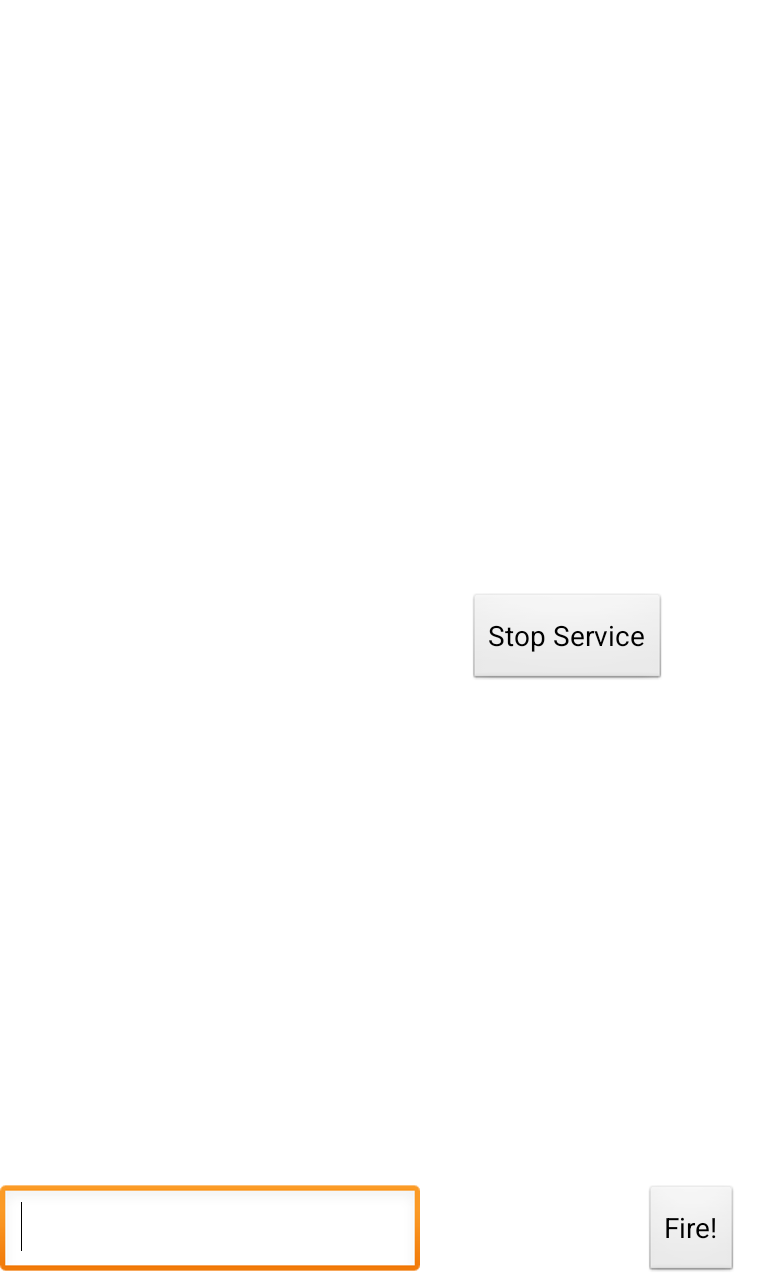
Repository: terraego/Wifidroid
Layout: server/res/layout/activity_wifi_droid_server.xml
The author's editor kept a copy of each file at every save. The layout is drawn from the files as they stood at one save, then again after the next save.
It is drawn on a 768 x 1280 px phone screen (xhdpi) without system bars, with theme AppTheme; the app's code is not run.

Above is the layout before, as saved 2012-07-06 14:58:21.

After the next save:
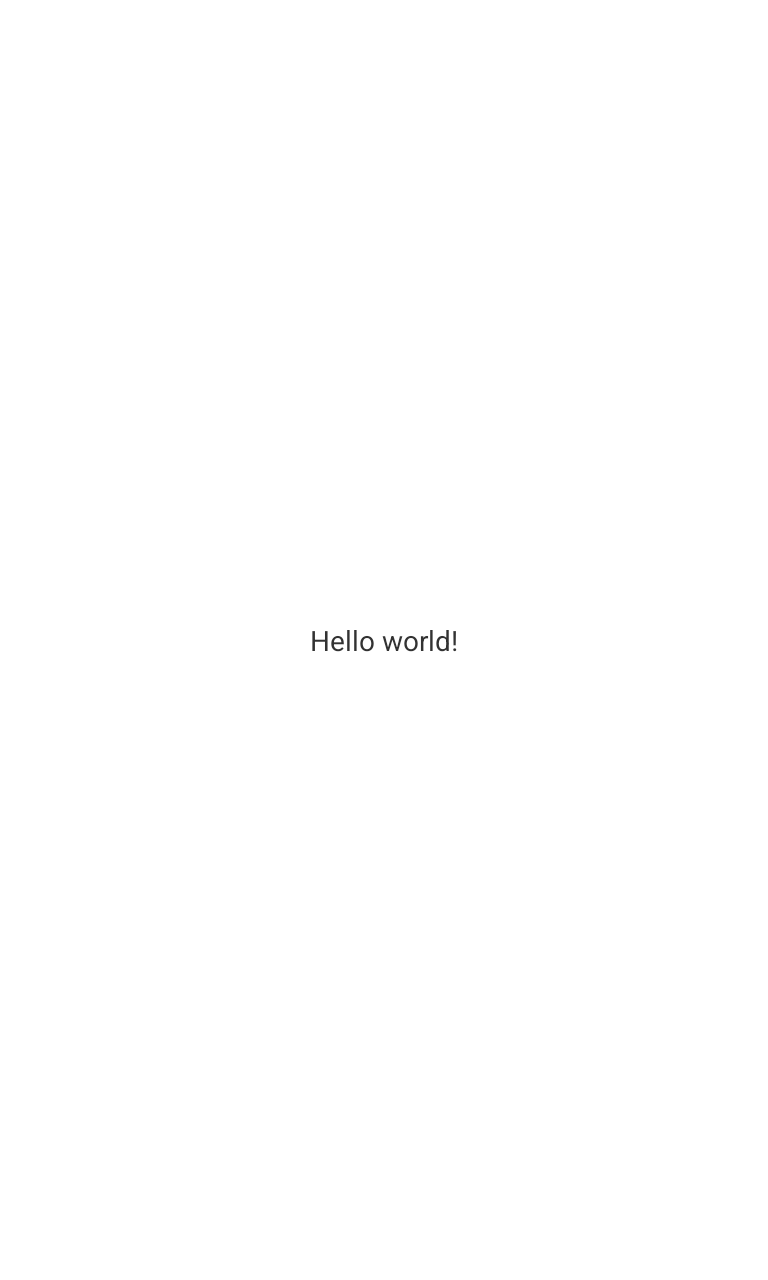
Saved 77 s later.
--- a/server/res/layout/activity_wifi_droid_server.xml
+++ b/server/res/layout/activity_wifi_droid_server.xml
@@ -3,44 +3,13 @@
     android:layout_width="match_parent"
     android:layout_height="match_parent" >
 
-    <Button
-        android:id="@+id/stopService"
+    <TextView
         android:layout_width="wrap_content"
         android:layout_height="wrap_content"
-        android:layout_alignParentRight="true"
+        android:layout_centerHorizontal="true"
         android:layout_centerVertical="true"
-        android:layout_marginRight="50dp"
-        android:text="@string/StopService" />
-
-    <EditText
-        android:id="@+id/editText1"
-        android:layout_width="wrap_content"
-        android:layout_height="wrap_content"
-        android:layout_alignParentBottom="true"
-        android:layout_alignParentLeft="true"
-        android:ems="10"
-        android:inputType="textMultiLine" >
-
-        <requestFocus />
-    </EditText>
-
-    <Button
-        android:id="@+id/button3"
-        android:layout_width="wrap_content"
-        android:layout_height="wrap_content"
-        android:layout_alignParentBottom="true"
-        android:layout_alignParentRight="true"
-        android:layout_marginRight="14dp"
-        android:text="Fire!" />
-
-    <include
-        android:id="@+id/startService_ref"
-        android:layout_width="wrap_content"
-        android:layout_height="wrap_content"
-        android:layout_alignBaseline="@+id/stopService"
-        android:layout_alignBottom="@+id/stopService"
-        android:layout_marginRight="16dp"
-        android:layout_toLeftOf="@+id/stopService"
-	/>
+        android:padding="@dimen/padding_medium"
+        android:text="@string/hello_world"
+        tools:context=".WifiDroidServerActivity" />
 
 </RelativeLayout>

After the save that followed:
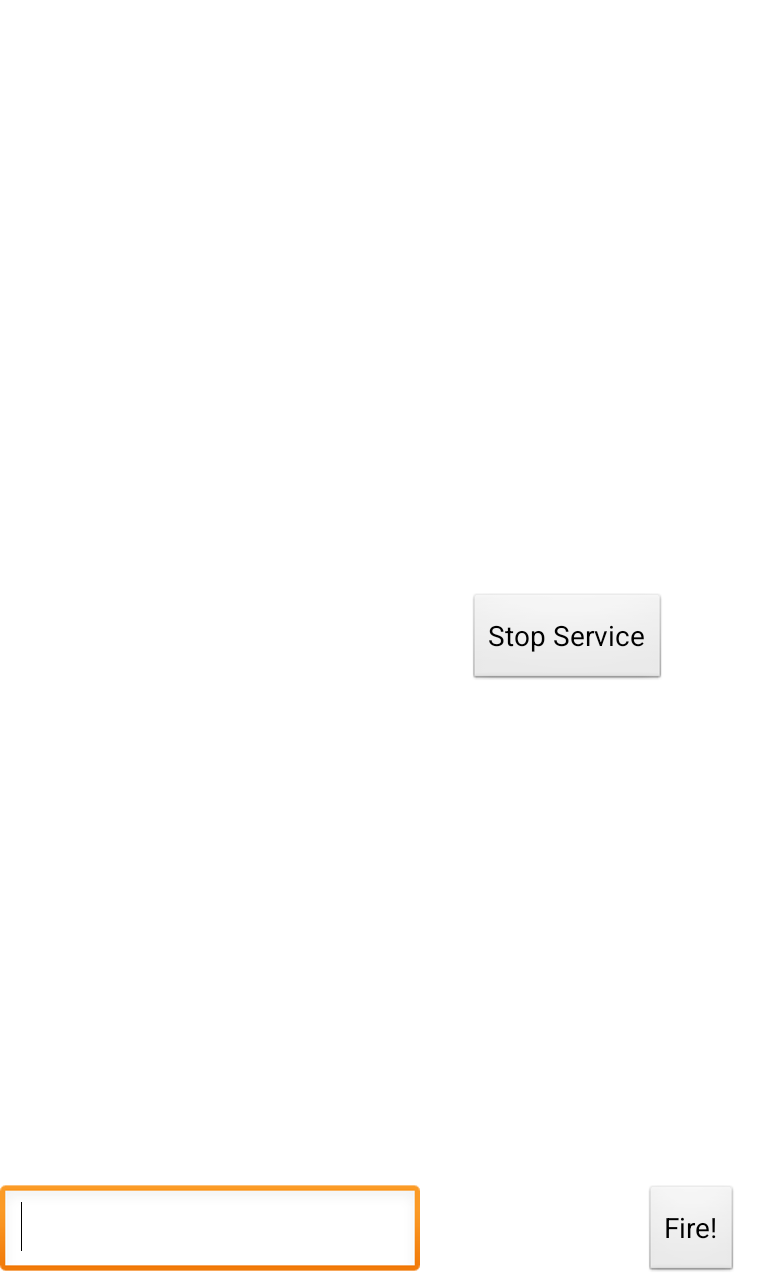
Saved 23 s later.
--- a/server/res/layout/activity_wifi_droid_server.xml
+++ b/server/res/layout/activity_wifi_droid_server.xml
@@ -3,13 +3,44 @@
     android:layout_width="match_parent"
     android:layout_height="match_parent" >
 
-    <TextView
+    <Button
+        android:id="@+id/stopService"
         android:layout_width="wrap_content"
         android:layout_height="wrap_content"
-        android:layout_centerHorizontal="true"
+        android:layout_alignParentRight="true"
         android:layout_centerVertical="true"
-        android:padding="@dimen/padding_medium"
-        android:text="@string/hello_world"
-        tools:context=".WifiDroidServerActivity" />
+        android:layout_marginRight="50dp"
+        android:text="@string/StopService" />
+
+    <EditText
+        android:id="@+id/editText1"
+        android:layout_width="wrap_content"
+        android:layout_height="wrap_content"
+        android:layout_alignParentBottom="true"
+        android:layout_alignParentLeft="true"
+        android:ems="10"
+        android:inputType="textMultiLine" >
+
+        <requestFocus />
+    </EditText>
+
+    <Button
+        android:id="@+id/button3"
+        android:layout_width="wrap_content"
+        android:layout_height="wrap_content"
+        android:layout_alignParentBottom="true"
+        android:layout_alignParentRight="true"
+        android:layout_marginRight="14dp"
+        android:text="Fire!" />
+
+    <include
+        android:id="@+id/startService_ref"
+        android:layout_width="wrap_content"
+        android:layout_height="wrap_content"
+        android:layout_alignBaseline="@+id/stopService"
+        android:layout_alignBottom="@+id/stopService"
+        android:layout_marginRight="16dp"
+        android:layout_toLeftOf="@+id/stopService"
+	/>
 
 </RelativeLayout>
